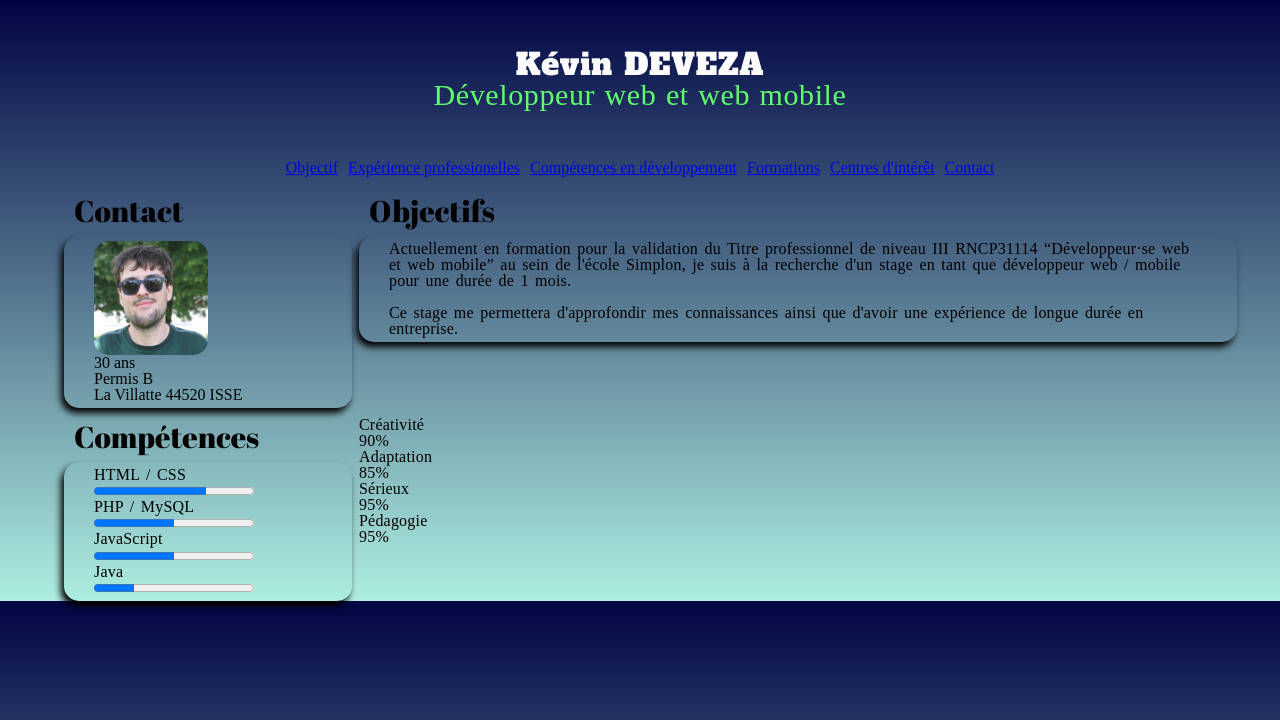
Repository: KevinDvZ/kevindvz.github.io
Page: index.html
The author's editor kept a copy of each file at every save. The page is drawn from the files as they stood at one save, then again after the next save.
The browser window is 1280 px wide. The pictures show the whole page.

Above is the page before, as saved 2020-10-28 10:46:21.

### index.html
<!DOCTYPE html>
<html>
    <!--HEADER-->
<head>
    <title id="nomprenom">DEVEZA Kevin - Développeur Web et Web mobile.</title>
        <meta charset="utf-8" />
        <meta name="description" contents="CV de Kévin DEVEZA, développeur web  et web mobile junior."/>
        <link rel="stylesheet" href="css/cv_deveza.css" />
        <link rel="stylesheet" href="css/reset.css"/>
        <link href="https://fonts.googleapis.com/css2?family=Alfa+Slab+One&display=swap" rel="stylesheet">
        <link href="https://fonts.googleapis.com/css2?family=Abril+Fatface&display=swap" rel="stylesheet">
</head>

<body>

<header>

    <div class="text-center">
         <h1 id="nomprenom">Kévin DEVEZA</h1>
         <p id="metier">Développeur web et web mobile</p>
    </div>
</header>

<nav>
        <a class="menu" href="#intro">Objectif</a>
        <a class="menu" href="#experience">Expérience professionelles</a>
        <a class="menu" href="#langages">Compétences en développement</a>
        <a class="menu" href="#formations">Formations</a>
        <a class="menu" href="#interets">Centres d'intérêt</a>
        <a class="menu" href="#contact">Contact</a>
</nav>

<main>

<div id="cadre-obj">
        <h2 class="entete">Objectifs</h2>
        <div class="cadre">
        <p>Actuellement en formation pour la validation du Titre professionnel de niveau III RNCP31114  “Développeur·se web et web mobile” au sein de l'école Simplon, je suis à la recherche d'un stage en tant que développeur web / mobile pour une durée de 1 mois.</p>
        <br>
    <p>Ce stage me permettera d'approfondir mes connaissances ainsi que d'avoir une expérience de longue durée en entreprise.</p>
</div>
</div>

<div id="cadre-contact">
      <h2 class="entete">Contact</h2>
      <div class="cadre">
      <img src="assets/img/solaire_cv.jpg" alt="" class="img">
        <h3>30 ans</h3>
        <h3>Permis B</h3>
        <address>La Villatte 44520 ISSE</address>
      </div>
</div>

<div id="cadre-langages">
        <h2 class="entete">Compétences</h2>
        <div class="cadre">
            <div class="cadre-jauges">
        <p>HTML / CSS<p>
        <progress id="file" max="100" value="70"> 70% </progress>
        <p>PHP / MySQL</p>
        <progress id="file" max="100" value="50"> 50% </progress>
        <p>JavaScript</p>
        <progress id="file" max="100" value="50"> 30% </progress>
        <p>Java<p>
        <progress id="file" max="100" value="25"> 25% </progress>
    </div>
</div>
    </div>
<div id="Compétences">

                    <p>Créativité</p>
                    <p>90%</p>
                    <p>Adaptation</p>
                    <p>85%</p>
                    <p>Sérieux</p>
                    <p>95%</p>
                    <p>Pédagogie</p>
                    <p>95%</p>
</div>



</main>
<body>
</html>

### css/cv_deveza.css
header {
  padding: 30px;
  text-align: center;
}

.text-center {
  display: inline-block;
  text-align: center;
  padding: 50px;
}

#nomprenom {
  font-family: "Alfa Slab One", cursive;
  font-size: 30px;
  letter-spacing: 0.8px;
  word-spacing: 1.4px;
  color: #fcfcfc;
}

#metier {
  font-size: 30px;
  letter-spacing: 0.6px;
  word-spacing: 1.4px;
  color: #5fff6c;
  margin-bottom: auto;
}

nav {
  display: inline-block;
  text-align: center;
  width: 100%;
}
p {
  font-family: Georgia, serif;
  font-size: 14px;
  letter-spacing: 0.2px;
  word-spacing: 2.2px;
  color: #000000;
  font-weight: 400;
  text-decoration: rgb(68, 68, 68);
  font-style: normal;
  font-variant: normal;
  text-transform: none;
}

.pcenter {
  text-align: center;
}
.menu {
  margin: 3px 3px 3px 3px;
}

body {
  background: rgb(174, 238, 225);
  background: linear-gradient(
    0deg,
    rgba(174, 238, 225, 1) 0%,
    rgb(0, 4, 66) 100%
  );
}

main {
  margin-top: 20px;
  display: grid;
  gap: 9px 7px;
  height: auto;
  margin: 15px 5% auto 5%;
  grid-template-columns: repeat(4, 25%);
  grid-template-rows: auto;
  grid-template-areas: "contact obj obj obj";
}

#cadre-obj {
  grid-area: obj;
}

#cadre-contact {
  grid-area: contact;
}

.intro {
  margin: 20px 1px 0px 0px;
  display: grid;
  grid-area: intro;
  gap: 1% 25px;

  padding-left: 30px;
  border-radius: 15px;
  background: #ffffff;
}

.img {
  display: block;
  margin-left: 0;
  margin-right: auto;
  width: 50%;
  border-radius: 15px;
}

.entete {
  font-family: "Abril Fatface", cursive;
  font-size: 30px;
  display: block;

  margin: 5px auto 10px 10px;
}

.cadre {
  -webkit-box-shadow: -3px 5px 7px 0px #000000;
  box-shadow: -3px 5px 7px 0px #000000;
  display: block;
  padding: 5px 30px 5px 30px;
  border-radius: 15px;
}

li {
  list-style: square;
}

#competences {
  background-color: aqua;
  float: left;
}

aside {
  float: left;
}

Loaded but not shown: css/reset.css (common file)

After the next save:
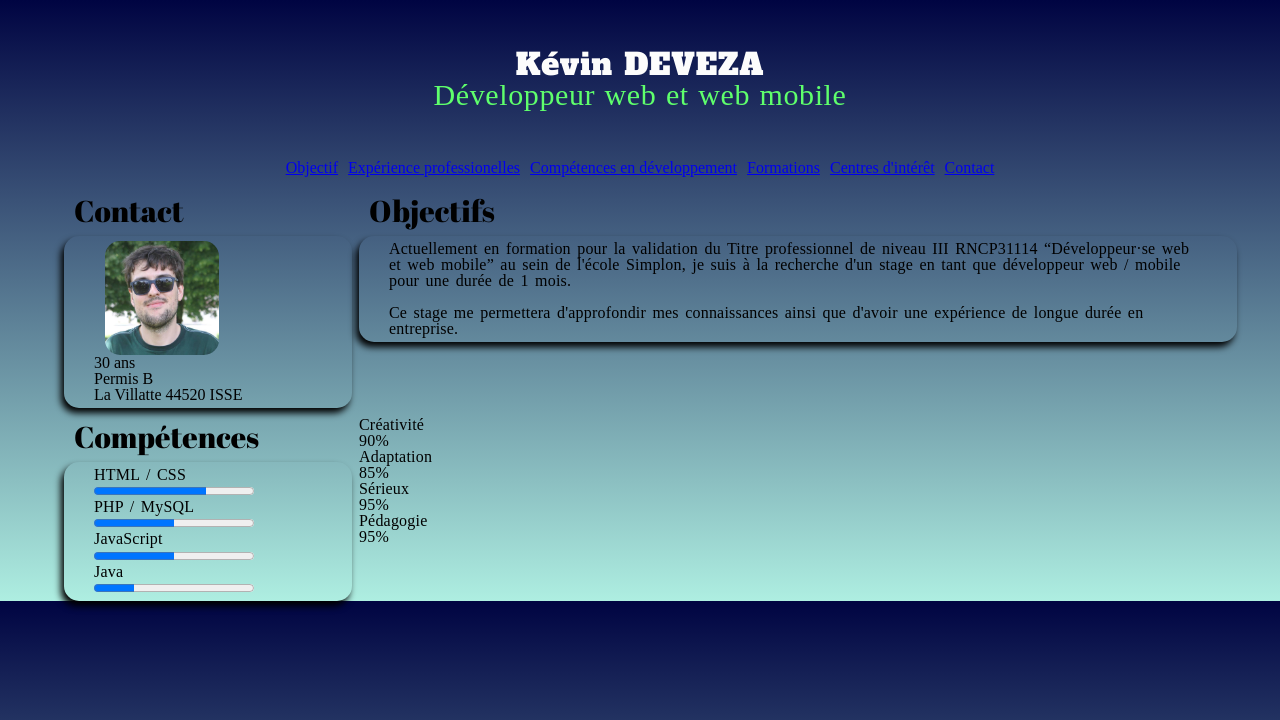
Saved 6 s later.
--- a/css/cv_deveza.css
+++ b/css/cv_deveza.css
@@ -91,7 +91,7 @@ main {
 
 .img {
   display: block;
-  margin-left: 0;
+  margin-left: 5%;
   margin-right: auto;
   width: 50%;
   border-radius: 15px;
